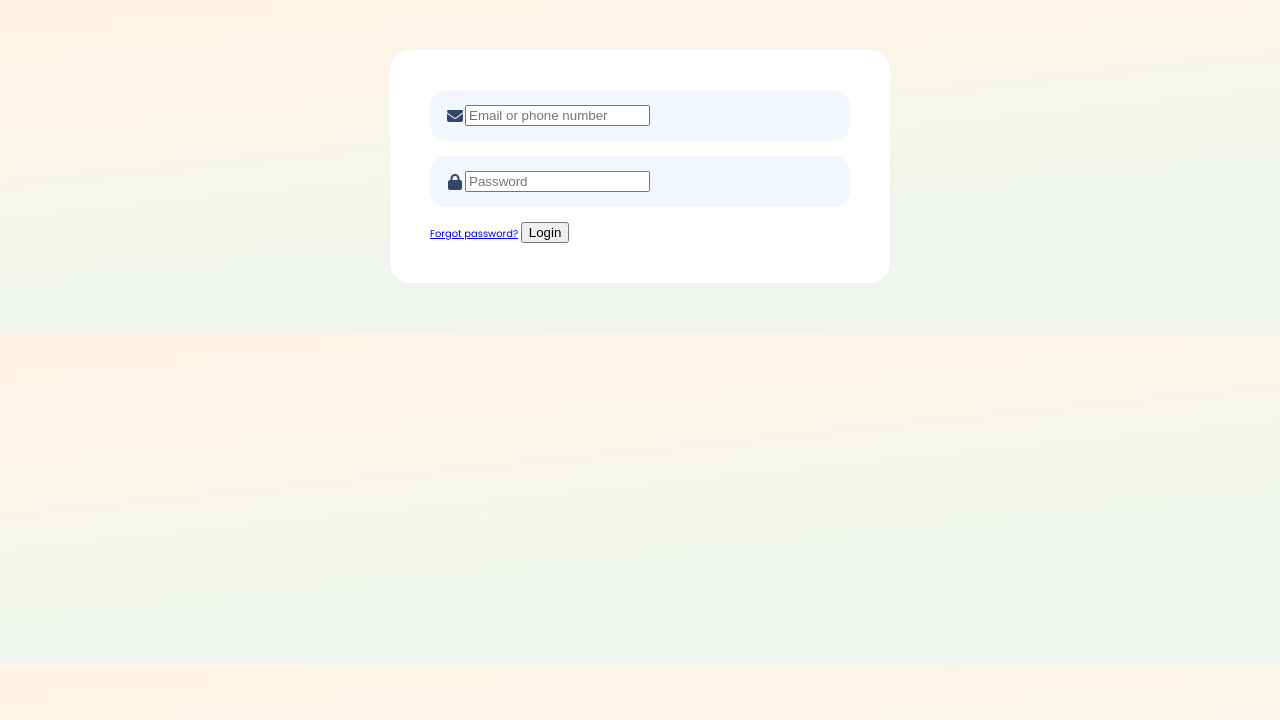
Repository: VuTuanAnh0949/loginForm
Page: index.html
The author's editor kept a copy of each file at every save. The page is drawn from the files as they stood at one save, then again after the next save.
The browser window is 1280 px wide. The pictures show the whole page.

Above is the page before, as saved 2022-04-15 20:44:50.

### index.html
<!DOCTYPE html>
<html lang="en">
<head>
  <meta charset="UTF-8">
  <meta http-equiv="X-UA-Compatible" content="IE=edge">
  <meta name="viewport" content="width=device-width, initial-scale=1.0">
  <link
  href="https://fonts.googleapis.com/css2?family=Poppins:wght@300;400;600&display=swap"
  rel="stylesheet"
/>
<link rel="stylesheet" href="style.css">
<link rel="stylesheet" href="/fontawesome-free-6.1.1-web/css/all.css">
  <title>Login</title>
</head>
<body>
  <div class="login">
    <div class="login-field">
      <i class="fa-solid fa-envelope login-icon"></i>
      <input type="email" class="login-input" placeholder="Email or phone number">
    </div>
    <div class="login-field">
      <i class="fa-solid fa-lock login-icon"></i>
      <input type="password" class="login-input" placeholder="Password">
    </div>
    <a href="#" class="login__forgot--password">Forgot password?</a>
    <button class="login-submit">Login</button>
  </div>
</body>
</html>

### style.css
html{
  font-size: 62%;
  font-family: "Poppins", sans-serif;
}
*{
box-sizing: border-box;
}
body{
  background-image: linear-gradient( 174.2deg,  rgba(255,244,228,1) 7.1%, rgba(240,246,238,1) 67.4% );
}
.login{
width: 500px;
margin: 50px auto;
padding: 40px;
background-color: white;
border-radius: 20px;
}
.login-field{
  display: flex;
  align-items: center;
  background-color: #f2f7ff;
  padding: 15px;
  margin-bottom: 15px;
  border-radius: 16px;
}
.login-icon{
  color: #344667;
  font-size: 16px;
  width: 20px;
  text-align: center;
}

Loaded but not shown: fontawesome-free-6.1.1-web/css/all.css (library)

After the next save:
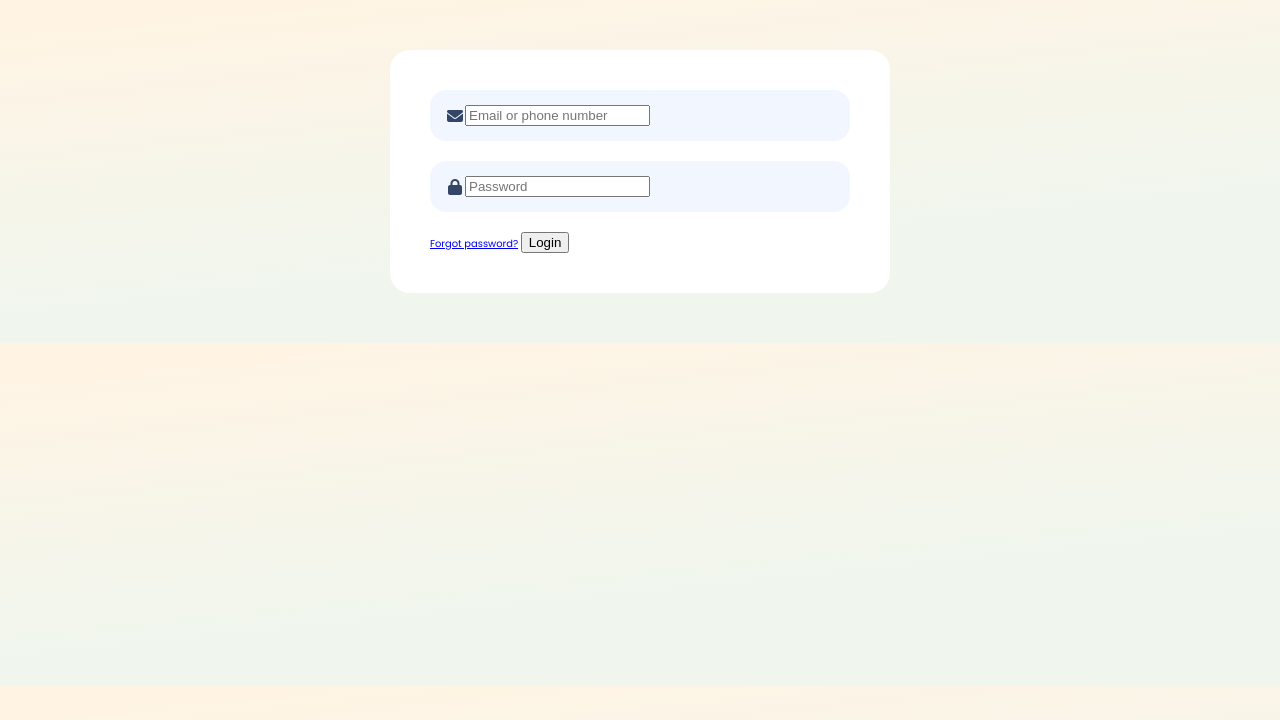
Saved 25 s later.
--- a/style.css
+++ b/style.css
@@ -20,7 +20,7 @@ border-radius: 20px;
   align-items: center;
   background-color: #f2f7ff;
   padding: 15px;
-  margin-bottom: 15px;
+  margin-bottom: 20px;
   border-radius: 16px;
 }
 .login-icon{
